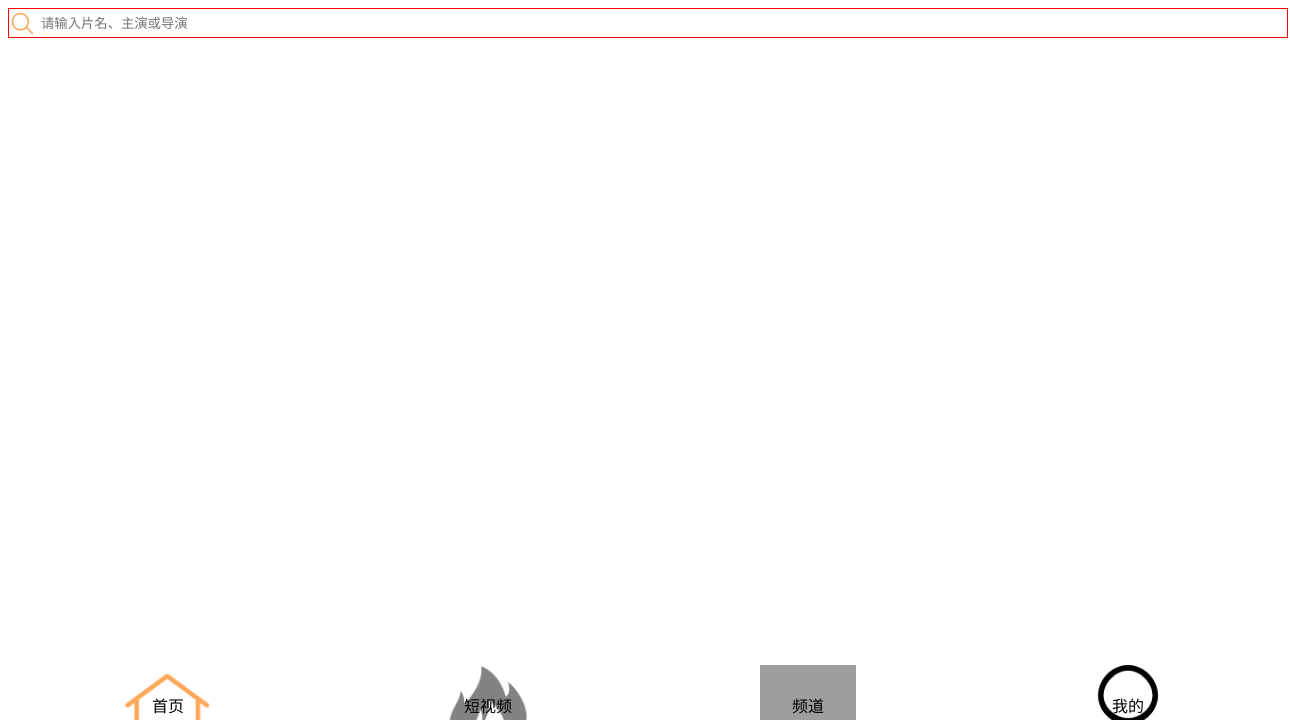
Repository: ITliuxiangyu/H51911Test
Page: video_demo/index.html
The author's editor kept a copy of each file at every save. The page is drawn from the files as they stood at one save, then again after the next save.
The browser window is 1280 px wide. The page is 1288 px wide, then 1290 px, so the pictures cover 1290 px, including what lies to the right of the window. The pictures show the whole page.
Pictures or frames that could not be fetched are drawn as grey boxes.

Above is the page before, as saved 2019-12-20 10:37:06.

### video_demo/index.html
<!DOCTYPE html>
<html lang="en">
<head>
    <meta charset="UTF-8">
    <meta name="viewport" content="width=device-width, initial-scale=1.0">
    <meta http-equiv="X-UA-Compatible" content="ie=edge">
    <title>Document</title>
    <link rel="stylesheet" href="./css/index.css">
</head>
<body>
    <div class="app">
        <div class="app_content">
            <div class="shouye_wrap">
                <div class="search_warp">
                    <img class="search_img" src="./imgs/fangdajing.png" alt="">
                    <input placeholder="请输入片名、主演或导演" class="search_input" type="text">
                </div>
                <div class="lunbo_wrap">
                    <div class="lunbo_imgs"></div>
                    <div class="lunbo_title"></div>
                </div>
                <div class="list_wrap"></div>
            </div>
            <div class="duanshipin_wrap">
                <h1>我是短视频</h1>
            </div>
            <div class="pindao_wrap">
                <h1>我是频道</h1>
            </div>
            <div class="wode_wrap">
                <h1>我是我的</h1>
            </div>
        </div>
        <div class="app_tabbar">
            <div class="tabbar_item">
                <div>
                    <img src="./imgs/shouye_a.png" alt="">
                </div>
                <br />
                <span>首页</span>
            </div>
            <div class="tabbar_item">
                <div>
                    <img src="./imgs/redu.png" alt="">
                </div>
                <br />
                <span>短视频</span>
            </div>
            <div class="tabbar_item">
                <div>
                    <img src="./imgs/pindao.png" alt="">
                </div>
                <br />
                <span>频道</span>
            </div>
            <div class="tabbar_item">
                <div>
                    <img src="./imgs/wode.png" alt="">
                </div>
                <br />
                <span>我的</span>
            </div>
        </div>
    </div>
</body>
<script src="./js/jquery-3.4.1.min.js"></script>
<script src="./js/index.js"></script>
</html>

### video_demo/css/index.css
/* 页面的内容区域部分 */
.app_content{
    width: 100vw;
}
.app_tabbar{
    width: 100vw;
    height: 60px;
    position: fixed;
    bottom: 0px;
    display: flex;
}
/* 底部的四个小块 */
.tabbar_item{
    flex: 1;
    /* border: 1px solid black; */
}
.tabbar_item{
    text-align: center;
    padding-top: 5px;
}
.tabbar_item div{
    height: 10px;
}
.tabbar_item div img{
    width: 30%;
}

/* 四个模块区域 */
.app_content>div{
    width: 100%;
    height: 100%;
    display: none;
}
.app_content>div:nth-child(1){
    display: block;
}

/* 首页的样式 */
/* 首页搜索区域的样式 */
.shouye_wrap .search_warp{
    border: 1px solid red;
}
.search_warp .search_img{
    width: 26px;
    height: 26px;
    vertical-align: middle;
}
.search_warp .search_input{
    width: 80%;
    height: 26px;
    border: 0px solid blue;
    border-radius: 20px;
}

/* 首页轮播区域的样式 */
.shouye_wrap .lunbo_wrap{

}
.lunbo_wrap .lunbo_imgs{

}
.lunbo_wrap .lunbo_title{

}

/* 首页列表区域的样式 */
.shouye_wrap .list_wrap{

}

### video_demo/js/index.js
// 内容区域的高度
var screen_h = window.screen.height
var screen_w = window.screen.width

$(".app_content").css({
    "height": screen_h - $(".app_tabbar").outerHeight() + "px"
})

// 底部导航上的图片
var one_img = $(".tabbar_item div img")
one_img.css({
    "height": one_img.width() + "px"
})

// 底部到行上的点击事件
$(".tabbar_item").click(function () {

    var that = this

    var dian_index = $(this).index()

    $(".tabbar_item").each(function (index , item)   {
        if (dian_index == index) {
            var cur_src = $(item).find("img").attr("src")
            if (cur_src.indexOf("_a") == -1) {
                $(item).find("img").attr("src" ,cur_src.replace(".png" , "_a.png"))
            }
        } else {
            var cur_src = $(item).find("img").attr("src")
            $(item).find("img").attr("src" ,cur_src.replace("_a" , ""))

        }
    })


    $(".app_content>div").each(function (index , item) {
        if ($(that).index() == index) {
            $(item).css({
                "display": "block"
            })
        } else {
            $(item).css({
                "display": "none"
            })
        }
    })
})

Loaded but not shown: video_demo/js/jquery-3.4.1.min.js (library)

After the next save:
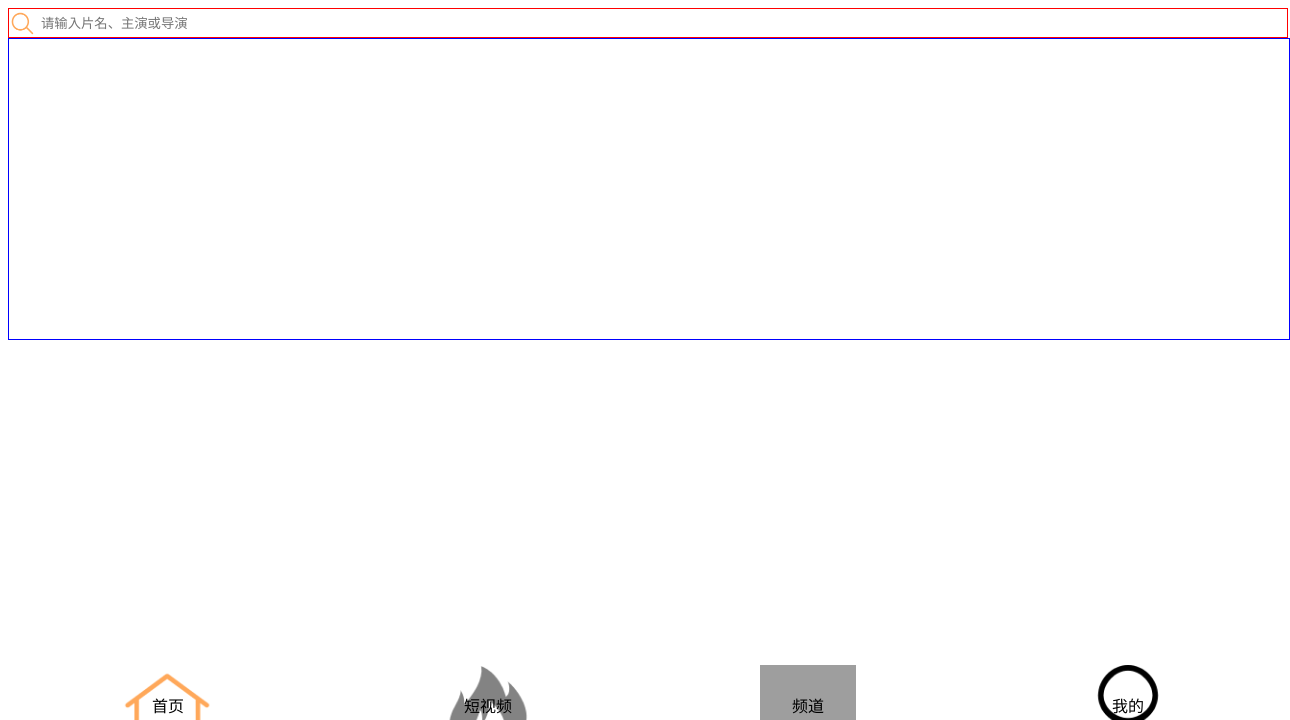
Saved 30 s later.
--- a/video_demo/css/index.css
+++ b/video_demo/css/index.css
@@ -54,7 +54,9 @@
 
 /* 首页轮播区域的样式 */
 .shouye_wrap .lunbo_wrap{
-
+    width: 100%;
+    height: 300px;
+    border: 1px solid blue;
 }
 .lunbo_wrap .lunbo_imgs{
 
